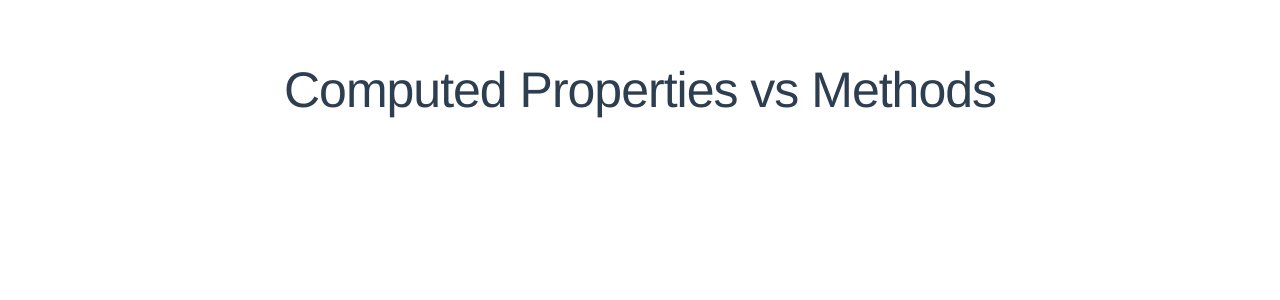
Repository: chsvk/Vue-JS-Course
Page: /
These files come from the project's save history. The page is drawn as it stood at one moment and after the next save; the edit follows.
The browser window is 1280 px wide. The pictures show the whole page.
The project was rebuilt for these pictures with package versions that can differ from the ones it lists, and the page was loaded fresh each time. Also part of the build but not shown: src/components/HelloWorld.vue.

Above is the page before, as saved 2019-03-11 22:09:04.

After the next save:
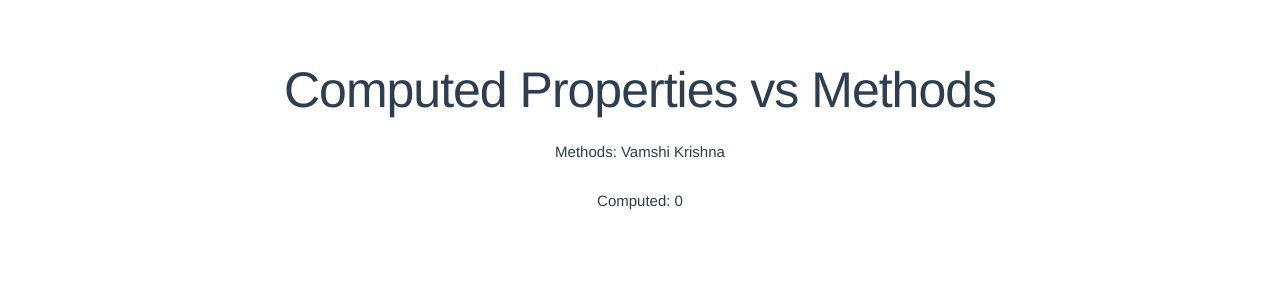
Saved 52 s later.
--- a/src/App.vue
+++ b/src/App.vue
@@ -1,7 +1,8 @@
 <template>
   <div id="app">
     <h1>Computed Properties vs Methods</h1>
-
+    <p>Methods: {{fullName()}}</p>
+    <p>Computed: {{returnSum}}</p>
   </div>
 </template>
 
@@ -18,11 +19,13 @@ export default {
   },
   methods: {
     fullName(){
+      console.log("Vamshi Krishna")
       return "Vamshi Krishna"
     }
   },
   computed: {
     returnSum(){
+      console.log(this.numberA + this.numberB)
       return this.numberA + this.numberB
     }
   }
